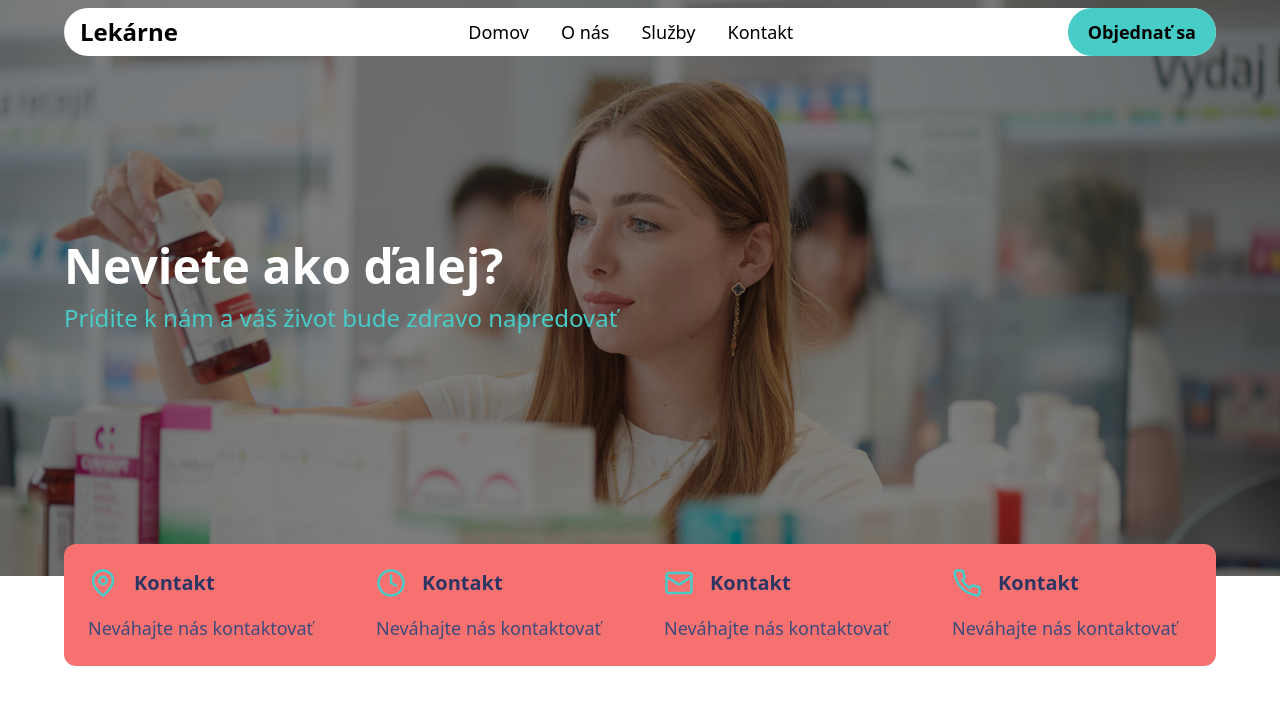
Repository: SimonSkoda13/Lekaren
Page: /
The author's editor kept a copy of each file at every save. The page is drawn from the files as they stood at one save, then again after the next save.
The browser window is 1280 px wide. The pictures show the whole page.
The project was rebuilt for these pictures with package versions that can differ from the ones it lists, and the page was loaded fresh each time. The framework's server and built-in components were replaced by stand-ins that run in the browser. Also part of the build but not shown: next.config.js.

Above is the page before, as saved 2023-04-22 18:04:34.

### src/app/layout.tsx
import { Header } from "./components/Header/Header";
import "./globals.css";
import { Poppins } from "next/font/google";

export const metadata = {
  title: "Create Next App",
  description: "Generated by create next app",
};

export default function RootLayout({
  children,
}: {
  children: React.ReactNode;
}) {
  return (
    <html lang="en">
      <body className="bg-white min-h-[100vh]">
        <Header />
        <main>{children}</main>
        <footer></footer>
      </body>
    </html>
  );
}

### src/app/page.tsx
import Image from "next/image";
import { Inter } from "next/font/google";
import { HomeHero } from "./components/HomeHero/HomeHero";
import { Contact } from "./components/Contact/Contact";
import { Phone, MapPin, Clock4, Mail } from "lucide-react";

const inter = Inter({ subsets: ["latin"] });

// page with

export default function Home() {
  return (
    <>
      <HomeHero
        title={"Neviete ako ďalej?"}
        image={"/homeBanner.jpg"}
        description={"Prídite k nám a váš život bude zdravo napredovať"}
      />
      <Contact
        items={[
          {
            title: "Kontakt",
            description: "Neváhajte nás kontaktovať",
            icon: <MapPin size={30} className="stroke-primary" />,
          },
          {
            title: "Kontakt",
            description: "Neváhajte nás kontaktovať",
            icon: <Clock4 size={30} className="stroke-primary" />,
          },
          {
            title: "Kontakt",
            description: "Neváhajte nás kontaktovať",
            icon: <Mail size={30} className="stroke-primary" />,
          },
          {
            title: "Kontakt",
            description: "Neváhajte nás kontaktovať",
            icon: <Phone size={30} className="stroke-primary" />,
          },
        ]}
      />
    </>
  );
}

### src/app/components/Header/Header.tsx
import Link from "next/link";
import React from "react";

export interface HeaderProps {}

export const Header = (props: HeaderProps) => {
  const {} = props;
  return (
    <header className="cntn fixed w-full top-2 z-10">
      <div className="flex bg-white rounded-full">
        <h1 className="py-2 px-4 text-2xl font-bold">Lekárne</h1>
        <div className="py-2 px-4 flex gap-8 items-center mx-auto text-lg font-medium">
          <Link href="/">Domov</Link>
          <Link href="/onas">O nás</Link>
          <Link href="/sluzby">Služby</Link>
          <Link href="/kontakt">Kontakt</Link>
        </div>
        {/* button order self */}
        <div className="flex justify-center items-center px-5 p-0 bg-primary rounded-full text-lg font-bold">
          <Link href="/order">Objednať sa</Link>
        </div>
      </div>
    </header>
  );
};

### src/app/globals.css
@tailwind base;
@tailwind components;
@tailwind utilities;

@layer components {
  .cntn {
    @apply mx-auto px-4  max-w-screen-xl md:px-16;
  }
}

### src/app/components/HomeHero/HomeHero.tsx
import Image from "next/image";
import React from "react";
import { ImageGradient } from "./ImageGradient/ImageGradient";

export interface HomeHeroProps {
  title: string;
  image: string;
  description: string;
}

export const HomeHero = (props: HomeHeroProps) => {
  const { title, image, description } = props;
  return (
    <section className="relative h-[80vh] z-0 px-0">
      <div className="w-full h-full absolute left-0 top-0 ">
        {/* make filter for image to odd brightness from top biggest to bottom lowest */}
        <ImageGradient>
          <Image
            src={image}
            alt="Next.js logo"
            fill
            style={{
              objectFit: "cover",
              objectPosition: "center",
            }}
          />
        </ImageGradient>
      </div>
      <div className="cntn relative gap-3 h-full flex justify-center flex-wrap flex-col z-10">
        <h1 className="text-5xl font-bold text-white">{title}</h1>
        <p className="text-2xl text-primary">{description}</p>
      </div>
    </section>
  );
};

### src/app/components/Contact/Contact.tsx
import { Phone } from "lucide-react";
import Image from "next/image";
import React, { ReactNode } from "react";

export interface ContactProps {
  items?: {
    title: string;
    description: string;
    icon: ReactNode;
  }[];
}

export const Contact = (props: ContactProps) => {
  const { items } = props;
  return (
    <section className="cntn z-10 relative top-[-2rem]">
      <div className="w-full grid grid-cols-2 md:grid-cols-4 items-start bg-red-400 rounded-xl">
        {items?.map((item) => (
          <div className="flex flex-col items-start gap-4 p-6">
            {/* <Image
            src={item.icon}
            alt={"contactIcon" + item.title}
            width={100}
            height={100}
          /> */}
            <div className="flex w-full flex-row gap-4 items-center">
              {item.icon}
              <h2 className="text-xl font-bold text-secondary">{item.title}</h2>
            </div>
            <p className="text-lg font-medium text-secondary-light">
              {item.description}
            </p>
          </div>
        ))}
      </div>
    </section>
  );
};

### src/app/components/HomeHero/ImageGradient/ImageGradient.tsx
import React from "react";

export interface ImageGradientProps {
  children: React.ReactNode;
}

export const ImageGradient = (props: ImageGradientProps) => {
  const { children } = props;
  return (
    <div className="relative w-full h-full brightness-50 overflow-hidden z-10">
      <div className="absolute inset-0 z-10"></div>
      {children}
    </div>
  );
};

### tailwind.config.js
/** @type {import('tailwindcss').Config} */
module.exports = {
  content: [
    "./src/pages/**/*.{js,ts,jsx,tsx,mdx}",
    "./src/components/**/*.{js,ts,jsx,tsx,mdx}",
    "./src/app/**/*.{js,ts,jsx,tsx,mdx}",
  ],
  theme: {
    extend: {
      colors: {
        primary: "#47CCC8",
        secondary: "#2D3663",
        "secondary-light": "#3D4A7C",
      },
    },
  },
  plugins: [],
};

Loaded but not shown: src/app/api/hello/route.ts (common file)

After the next save:
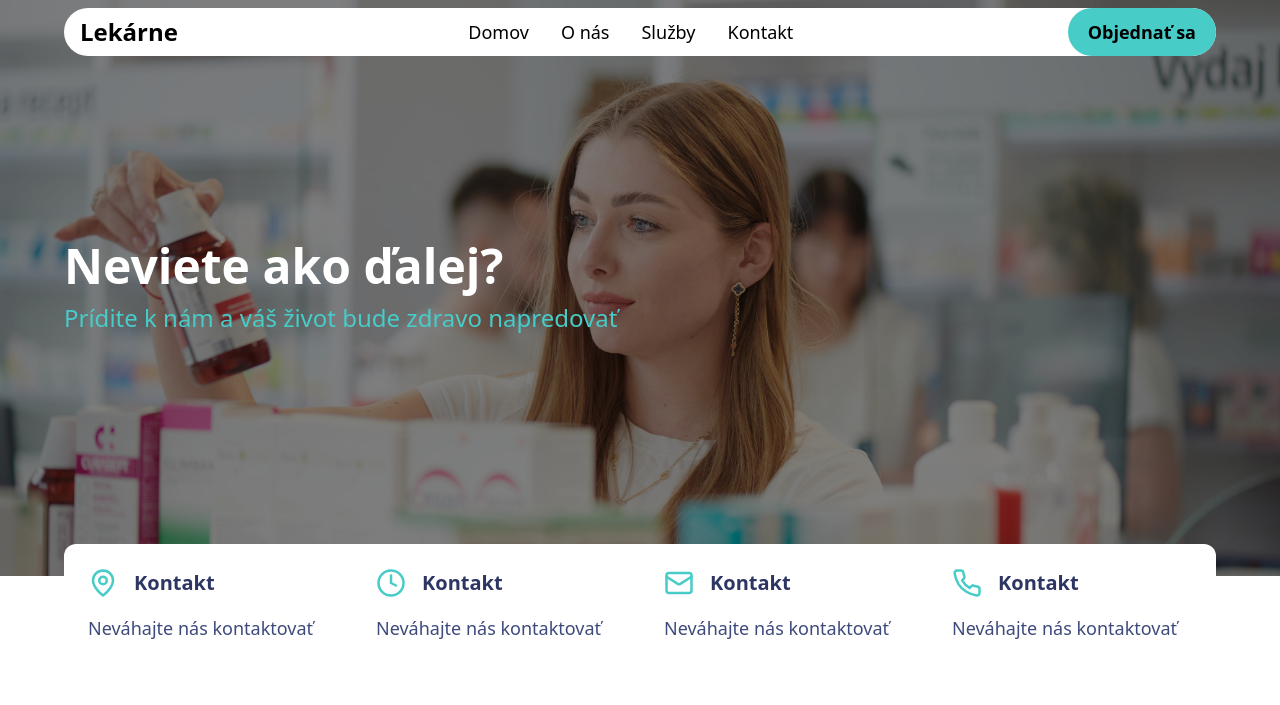
Saved 15 s later.
--- a/src/app/components/Contact/Contact.tsx
+++ b/src/app/components/Contact/Contact.tsx
@@ -14,7 +14,7 @@ export const Contact = (props: ContactProps) => {
   const { items } = props;
   return (
     <section className="cntn z-10 relative top-[-2rem]">
-      <div className="w-full grid grid-cols-2 md:grid-cols-4 items-start bg-red-400 rounded-xl">
+      <div className="w-full grid grid-cols-2 md:grid-cols-4 items-start bg-white rounded-xl">
         {items?.map((item) => (
           <div className="flex flex-col items-start gap-4 p-6">
             {/* <Image
